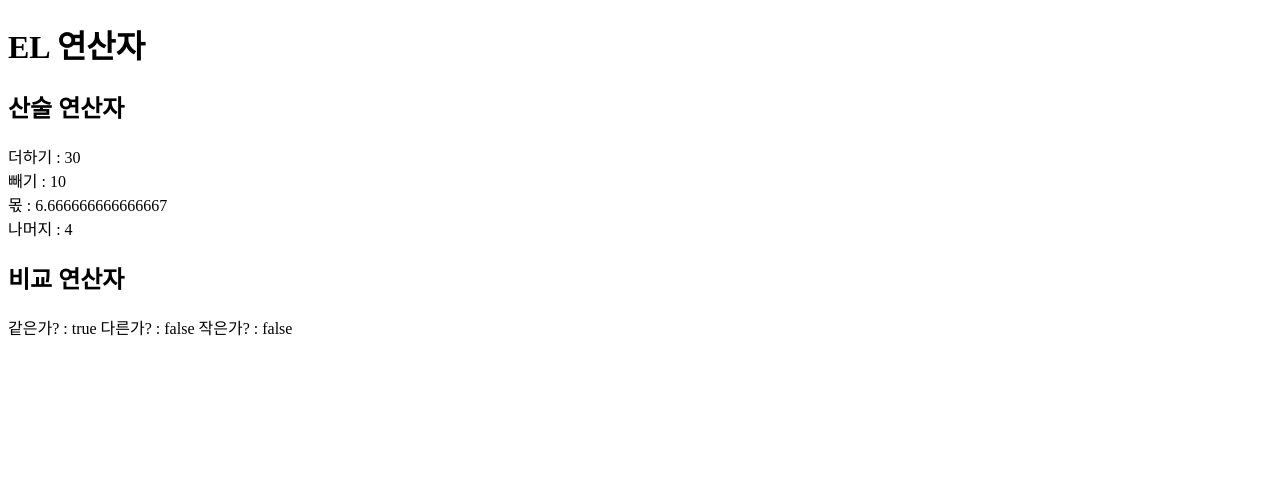
Repository: dnwpdud/WEB_CODES
Page: http://localhost/Web07_EL_JSTL/01_Expression_Language/02_operator.jsp
An editor plug-in stored every save of this project. The page is shown before and after the next save, followed by the edit.
The browser window is 1280 px wide. The pictures show the whole page.
The page is served by Tomcat 9.

Above is the page before, as saved 2024-04-05 07:16:46.

After the next save:
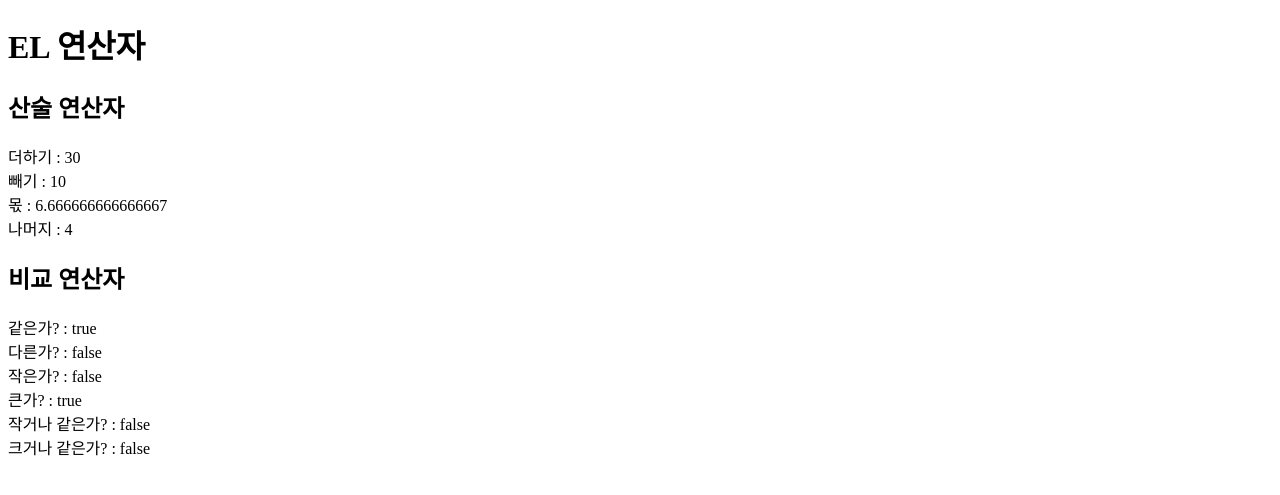
Saved 43 s later.
--- a/Web07_EL_JSTL/src/main/webapp/01_Expression_Language/02_operator.jsp
+++ b/Web07_EL_JSTL/src/main/webapp/01_Expression_Language/02_operator.jsp
@@ -38,9 +38,12 @@
 	나머지 : ${40 mod 6 }<br>
 
 	<h2>비교 연산자</h2>
-	같은가? : ${'10' eq '10' }
-	다른가? : ${'10' ne '10' }
-	작은가? : ${'10' lt '10' }
+	같은가? : ${'10' eq '10' }<br>
+	다른가? : ${'10' ne '10' }<br>
+	작은가? : ${'10' lt '10' }<br>
+	큰가? : ${'10' eq '10' }<br>
+	작거나 같은가? : ${'10' ne '10' }<br>
+	크거나 같은가? : ${'10' lt '10' }<br>
 
 </body>
 </html>
